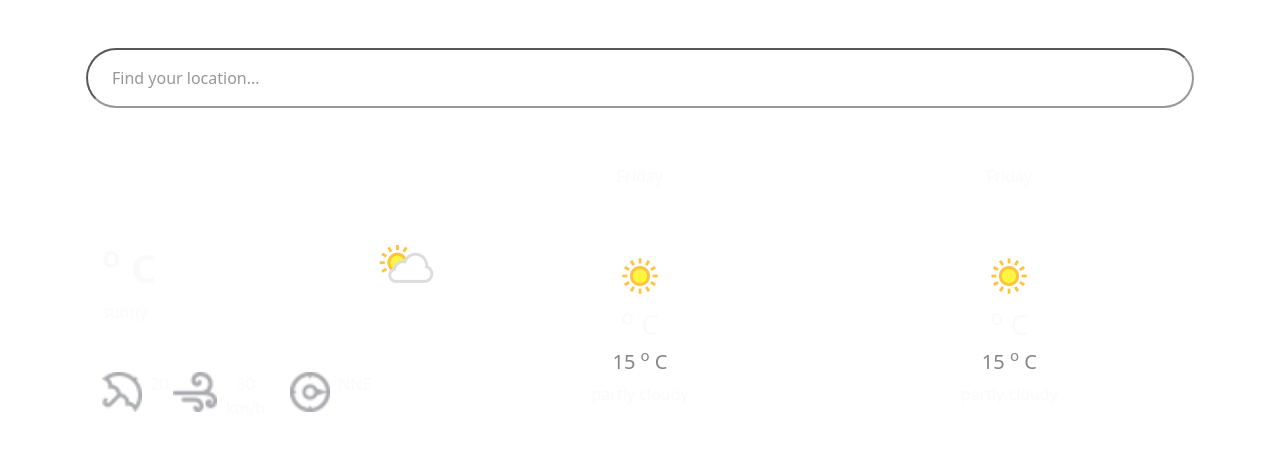
Repository: AmiraNabil97/WeatherApp
Page: index.html
These files come from the project's save history. The page is drawn as it stood at one moment and after the next save; the edit follows.
The browser window is 1280 px wide. The pictures show the whole page.

Above is the page before, as saved 2023-08-28 22:01:27.

After the next save:
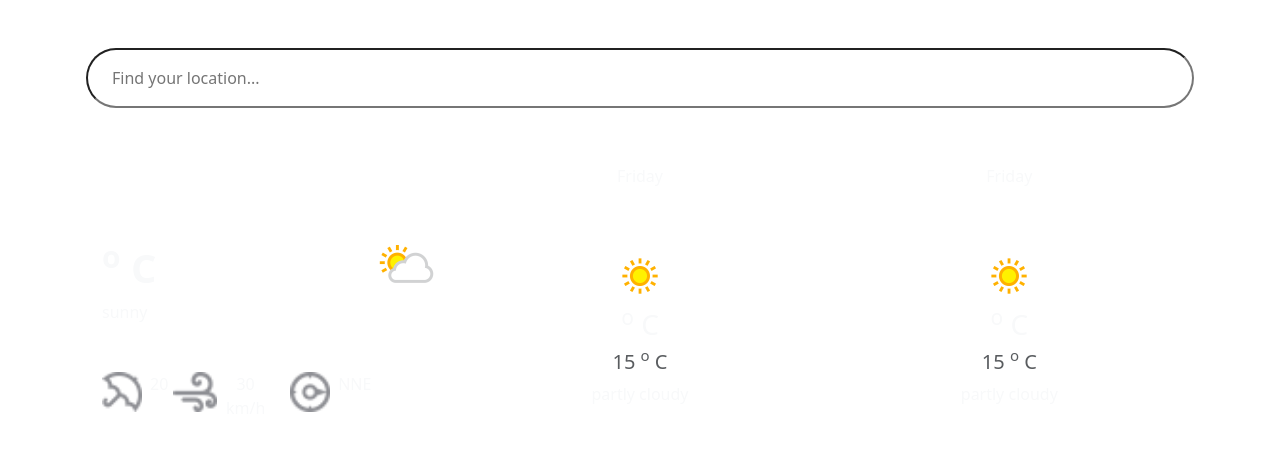
Saved 6 s later.
--- a/index.html
+++ b/index.html
@@ -10,7 +10,7 @@
 </head>
 <body>
 
-        <div class="app-container  opacity-75">
+        <div class="app-container">
             <div class="container px-3 py-5 text-center">
 
                 <input type="text" class="w-100 mx-auto rounded-5 py-3 px-4 bg-main-color mb-5 text-white"
